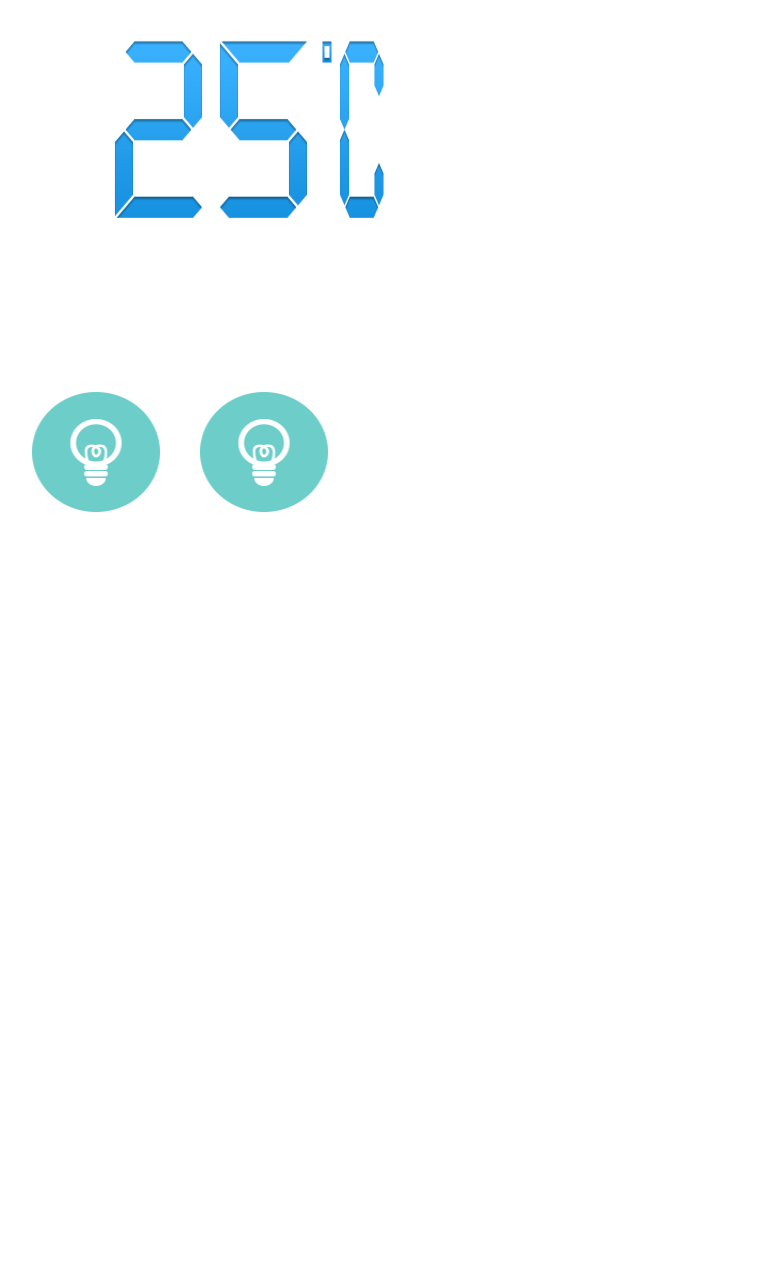
Repository: MyungSinKim/mqtt-demo
Layout: cloud2-demo/res/layout/main.xml
An editor plug-in stored every save of this project. The layout is shown before and after the next save, followed by the edit.
It is drawn on a 768 x 1280 px phone screen (xhdpi) without system bars, with theme AppTheme; the app's code is not run.

Above is the layout before, as saved 2015-10-30 09:12:01.

### cloud2-demo/res/layout/main.xml
<RelativeLayout xmlns:android="http://schemas.android.com/apk/res/android"
    android:layout_width="match_parent"
    android:layout_height="match_parent"
    android:layout_gravity="center_horizontal"
    android:paddingBottom="@dimen/activity_vertical_margin"
    android:paddingLeft="@dimen/activity_horizontal_margin"
    android:paddingRight="@dimen/activity_horizontal_margin"
    android:paddingTop="@dimen/activity_vertical_margin" >

    <RelativeLayout
        android:id="@+id/rl1"
        android:layout_width="wrap_content"
        android:layout_height="100dp" >

        <ImageView
            android:id="@+id/temperture_iv"
            android:layout_width="wrap_content"
            android:layout_height="100dp"
            android:background="@drawable/num_25"
            android:layout_centerHorizontal="true" />
        <ImageView
            android:id="@+id/temperture_unit_iv"
            android:layout_width="wrap_content"
            android:layout_height="100dp"
            android:background="@drawable/air_du"
            android:layout_toRightOf="@id/temperture_iv" />
    </RelativeLayout>

    <Button
        android:id="@+id/imageButton1"
        android:layout_width="wrap_content"
        android:layout_height="wrap_content"
        android:layout_below="@+id/rl1"
        android:layout_marginTop="80dp"
        android:background="@drawable/light_off"
        android:tag="off" />

    <Button
        android:id="@+id/imageButton2"
        android:layout_width="wrap_content"
        android:layout_height="wrap_content"
        android:layout_alignTop="@+id/imageButton1"
        android:layout_below="@+id/rl1"
        android:layout_marginLeft="20dp"
        android:layout_toRightOf="@id/imageButton1"
        android:background="@drawable/light_off"
        android:tag="off" />

</RelativeLayout>

Loaded but not shown: cloud2-demo/res/values/styles.xml (common file); cloud2-demo/res/values-v11/styles.xml (common file); cloud2-demo/res/values-v14/styles.xml (common file); cloud2-demo/res/values/dimens.xml (common file)

After the next save:
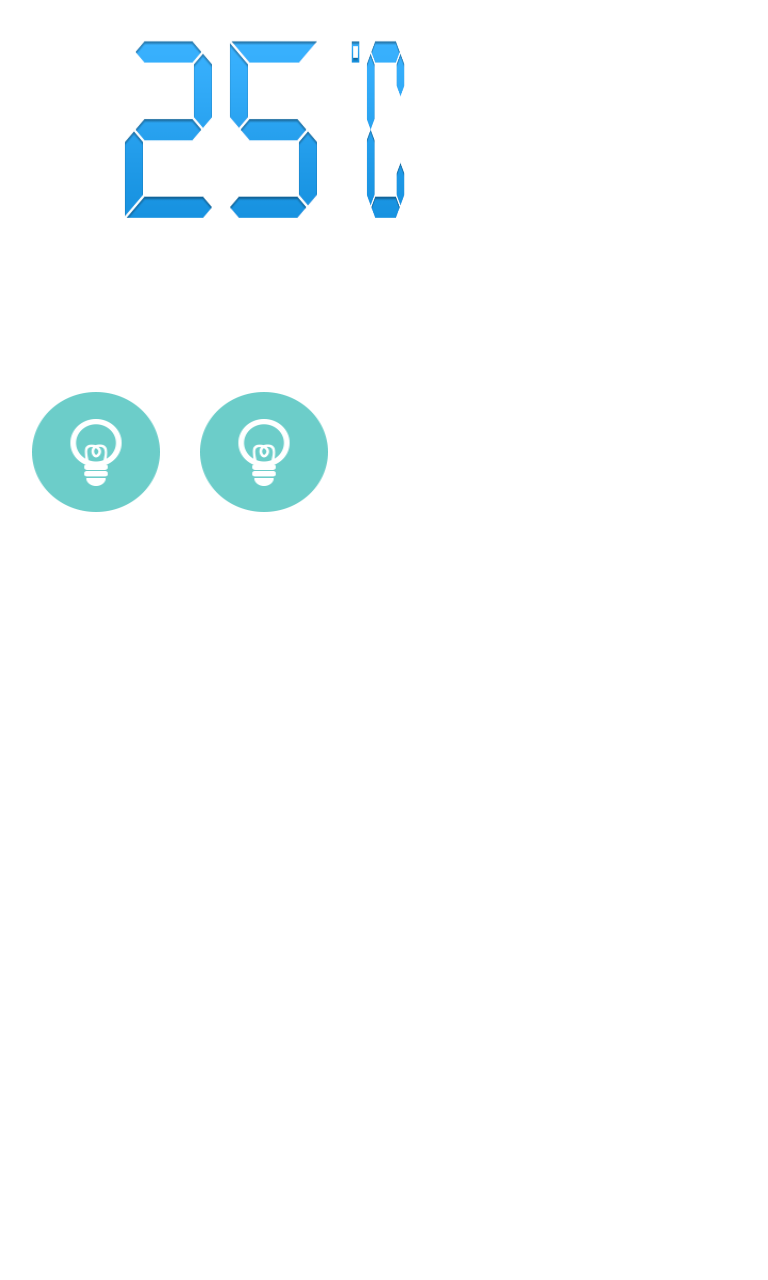
Saved 47 s later.
--- a/cloud2-demo/res/layout/main.xml
+++ b/cloud2-demo/res/layout/main.xml
@@ -23,7 +23,8 @@
             android:layout_width="wrap_content"
             android:layout_height="100dp"
             android:background="@drawable/air_du"
-            android:layout_toRightOf="@id/temperture_iv" />
+            android:layout_toRightOf="@id/temperture_iv"
+            android:layout_marginLeft="10dp"/>
     </RelativeLayout>
 
     <Button
